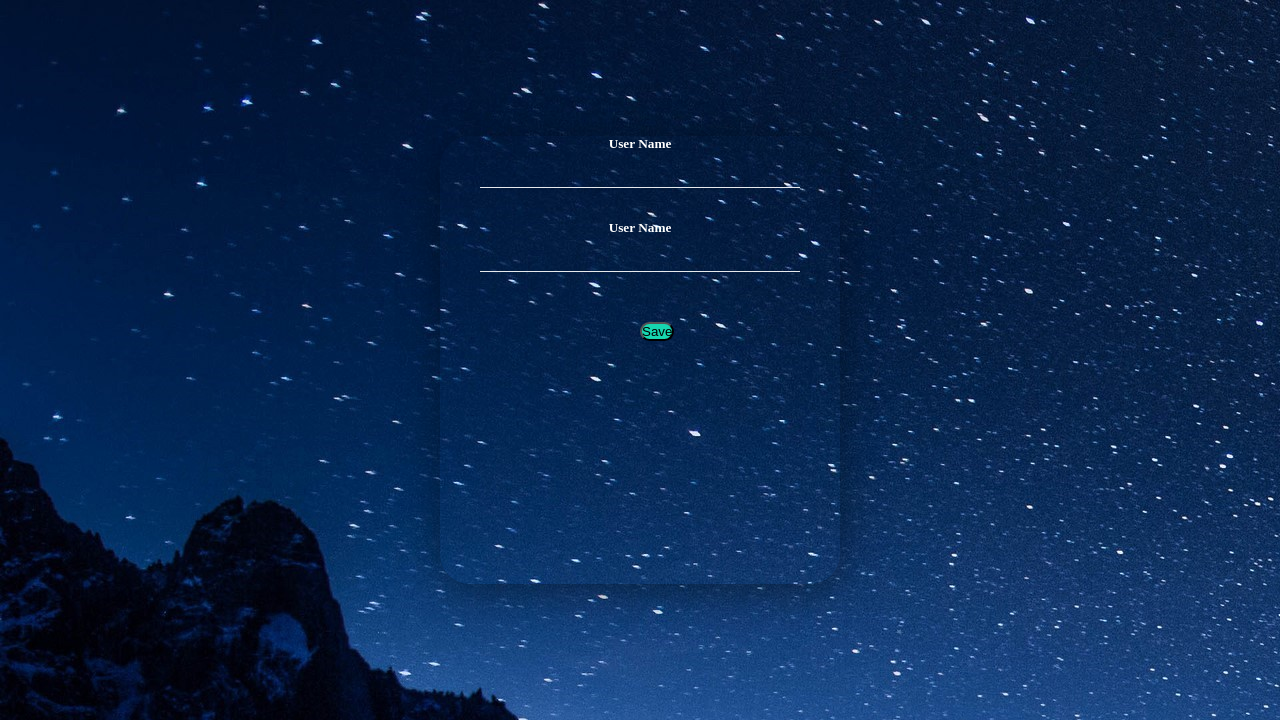
Repository: rkrukshan/Glass_Login_CSS
Page: login.html
An editor plug-in stored every save of this project. The page is shown before and after a run of saves, followed by the edit.
The browser window is 1280 px wide. The pictures show the whole page.

Above is the page before, as saved 2023-10-03 20:17:23.

### login.html
<!DOCTYPE html>
<html lang="en">

<head>
    <style>
        * {
            margin: 0;
            padding: 0;
            box-sizing: border-box;
            cursor: pointer;
        }

        body {
            height: 100vh;
            width: 100%;
            display: flex;
            justify-content: center;
            align-items: center;
        }

        form {
            width: 25rem;
            height: 28rem;
            flex-direction: column;
            background: rgba(91, 209, 255, 0.06);
            box-shadow: 0 8px 41px 0 rgba(0, 0, 0, 0.37);
            border-radius: 30px;
            border-left: 1px solid rgba(red, green, blue, .3);
            border-top: 1px solid rgba(red, green, blue, .3);
            background: transparent;
            border: solid 1px rgb(black)
        }

        input {
            width: 80%;
            margin: 5% auto;
            margin-bottom: 8%;
            border: none;
            outline: none;
            background: transparent;
            color: white;
            border-bottom: 1px solid rgb(255, 255, 255);
            opacity: .9;
        }

        button {
            background-color: rgb(23, 214, 176);
            position: absolute;
            align-items: center;
            border-radius:50px;

        }
    </style>
    <meta charset="UTF-8">
    <meta name="viewport" content="width=device-width, initial-scale=1.0">
    <title>Document</title>
</head>

<body style="background-image: url(images/2.jpg);">
    <form action="">
        <center>
            <center><label for="" style="color:white">
                    <h5><strong>User Name</strong></h5>
                </label>
            <input type="text">
            </center>

                <center><label for="" style="color:white">
                    <h5><strong>User Name</strong></h5>
            <input type="text">
                </label></center>
            <br>
            <button>Save</button>
        </center>
    </form>
</body>

</html>

After the next 2 saves:
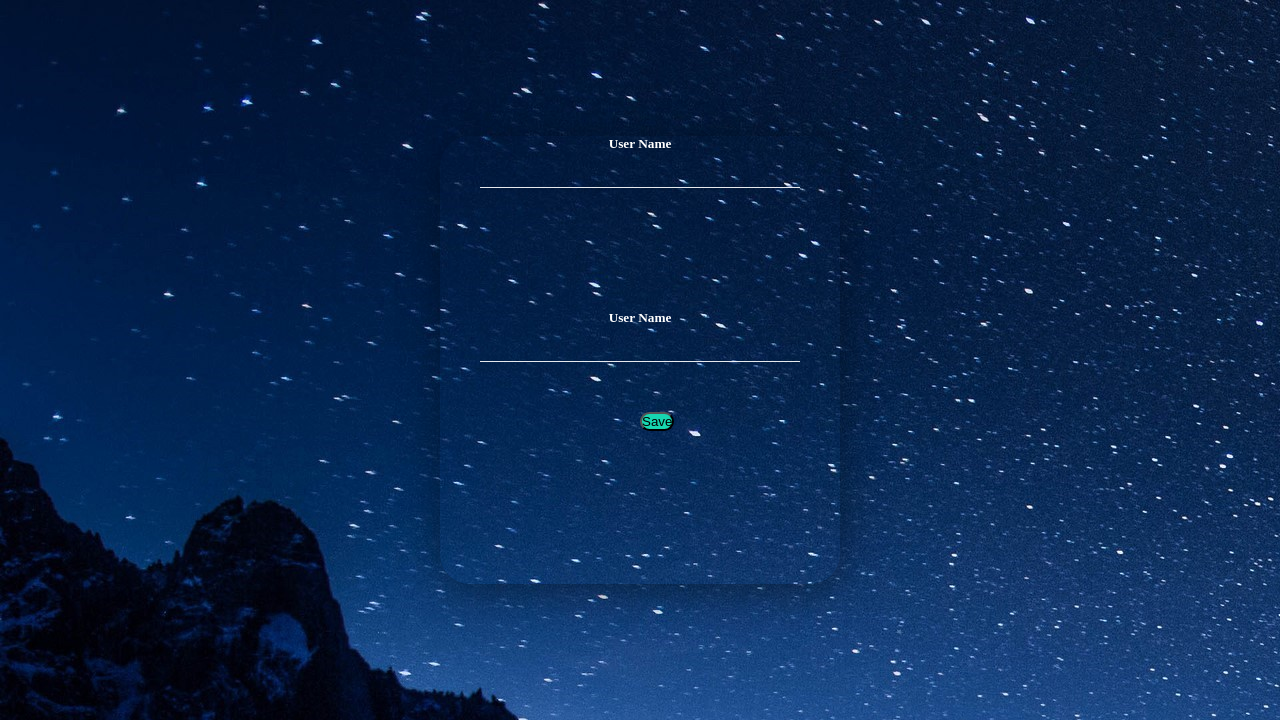
The 2 saves are shown as one change because they came seconds apart.
The last was saved 9 s later.
--- a/login.html
+++ b/login.html
@@ -64,7 +64,7 @@
                 </label>
             <input type="text">
             </center>
-
+           <br><br><br><br><br>
                 <center><label for="" style="color:white">
                     <h5><strong>User Name</strong></h5>
             <input type="text">
